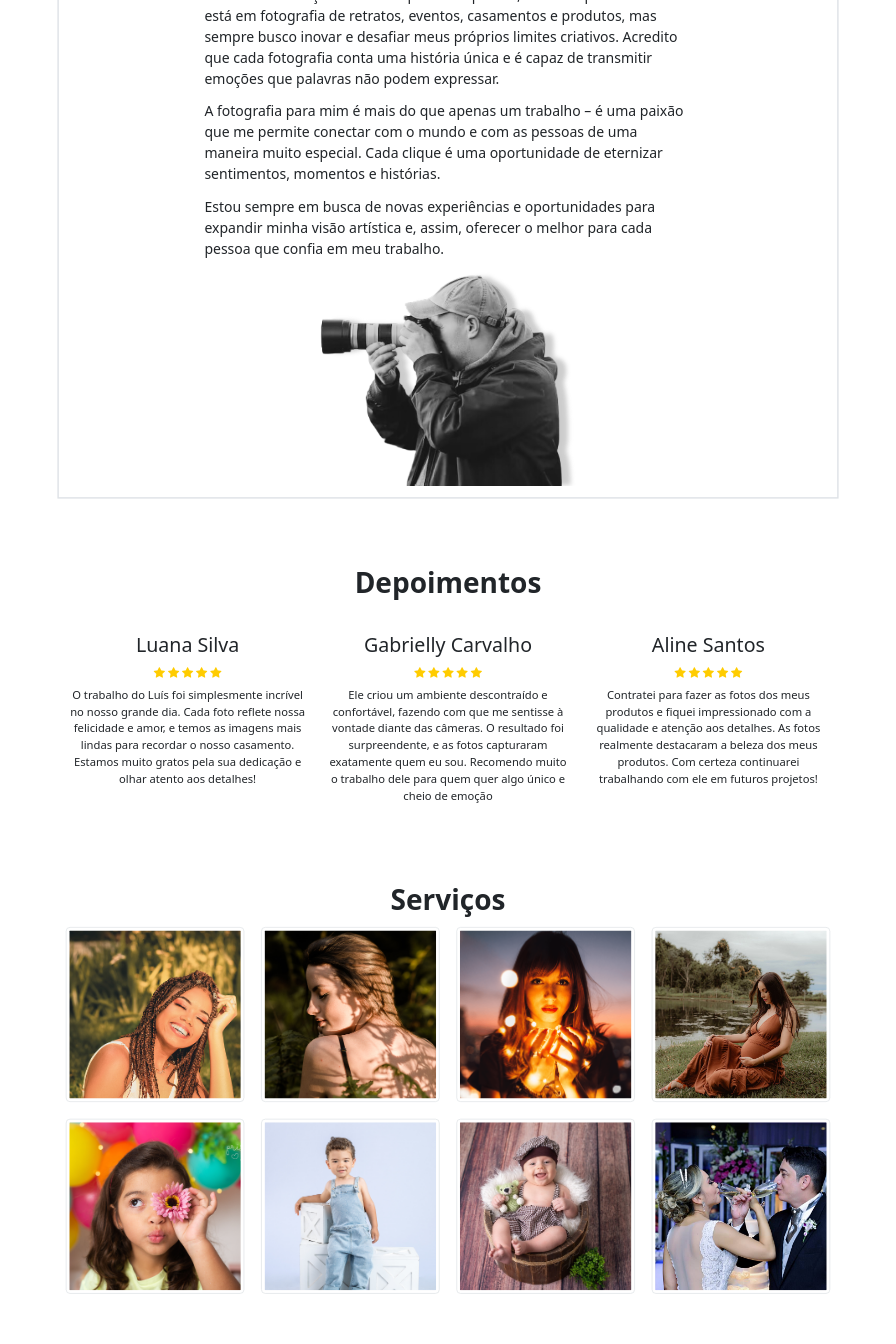
Repository: Marinalr-25/portifolio-fotografia
Page: index.html
The author's editor kept a copy of each file at every save. The page is drawn from the files as they stood at one save, then again after the next save.
The browser window is 1280 px wide. The pictures show the part of the page from y = 1616 to 3536 px (the page is 3536 px tall), at 70% of full size.
A picture or video elsewhere on the page could not be fetched, so the positions and the page height are approximate.

Above is the page before, as saved 2025-01-19 22:27:29.

### index.html
<!DOCTYPE html>
<html lang="pt-BR" data-bs-theme="dark">
  <head>
    <meta charset="utf-8" />
    <meta name="viewport" content="width=device-width, initial-scale=1" />
    <title>Portifolio Fotográfia</title>
    <link
      href="https://cdn.jsdelivr.net/npm/bootstrap@5.3.3/dist/css/bootstrap.min.css"
      rel="stylesheet"
      integrity="sha384-QWTKZyjpPEjISv5WaRU9OFeRpok6YctnYmDr5pNlyT2bRjXh0JMhjY6hW+ALEwIH"
      crossorigin="anonymous"
    />
    <!-- Bootstrap Icons -->
    <link
      href="https://cdn.jsdelivr.net/npm/bootstrap-icons/font/bootstrap-icons.css"
      rel="stylesheet"
    />
    <link rel="stylesheet" href="css/style.css" />
  </head>
  <body>
    <!-- Header -->
    <div class="container">
      <header
        class="d-flex flex-wrap justify-content-center py-3 mb-4 border-bottom fixed-top header header-light"
      >
        <a
          href="/"
          class="d-flex align-items-center mb-3 mb-md-0 me-md-auto link-body-emphasis text-decoration-none"
        >
          <svg
            xmlns="http://www.w3.org/2000/svg"
            width="40"
            height="32"
            class="d-block m-4 my-1 m"
            viewBox="0 0 118 94"
            role="img"
          >
            <title>Bootstrap</title>
            <path
              fill-rule="evenodd"
              clip-rule="evenodd"
              d="M24.509 0c-6.733 0-11.715 5.893-11.492 12.284.214 6.14-.064 14.092-2.066 20.577C8.943 39.365 5.547 43.485 0 44.014v5.972c5.547.529 8.943 4.649 10.951 11.153 2.002 6.485 2.28 14.437 2.066 20.577C12.794 88.106 17.776 94 24.51 94H93.5c6.733 0 11.714-5.893 11.491-12.284-.214-6.14.064-14.092 2.066-20.577 2.009-6.504 5.396-10.624 10.943-11.153v-5.972c-5.547-.529-8.934-4.649-10.943-11.153-2.002-6.484-2.28-14.437-2.066-20.577C105.214 5.894 100.233 0 93.5 0H24.508zM80 57.863C80 66.663 73.436 72 62.543 72H44a2 2 0 01-2-2V24a2 2 0 012-2h18.437c9.083 0 15.044 4.92 15.044 12.474 0 5.302-4.01 10.049-9.119 10.88v.277C75.317 46.394 80 51.21 80 57.863zM60.521 28.34H49.948v14.934h8.905c6.884 0 10.68-2.772 10.68-7.727 0-4.643-3.264-7.207-9.012-7.207zM49.948 49.2v16.458H60.91c7.167 0 10.964-2.876 10.964-8.281 0-5.406-3.903-8.178-11.425-8.178H49.948z"
              fill="currentColor"
            ></path>
          </svg>
          <span class="fs-4">Fotográfo Bootstrap</span>
        </a>

        <ul class="nav nav-pills">
          <li class="nav-item">
            <a href="#home" class="nav-link active" aria-current="page">Home</a>
          </li>
          <li class="nav-item">
            <a href="#galeria" class="nav-link">Galeria</a>
          </li>
          <li class="nav-item">
            <a href="#sobre" class="nav-link">Sobre mim</a>
          </li>
          <li class="nav-item">
            <a href="#clientes" class="nav-link">Depoimentos</a>
          </li>
          <li class="nav-item">
            <a href="#servicos" class="nav-link">Serviços</a>
          </li>
          <li class="nav-item">
            <a href="#contato" class="nav-link">Contato</a>
          </li>
          <button id="toggleThemeBtn" class="btn btn-light me-3">
            <i id="themeIcon" class="bi bi-brightness-high"></i>
          </button>
        </ul>
      </header>
    </div>

    <!-- Hero -->
    <div id="home" class="container col-xxl-8 px-4 py-5">
      <div class="row flex-lg-row-reverse align-items-center g-5 py-5">
        <div class="col-10 col-sm-8 col-lg-6">
          <img
            src="src/fotografiaHero.jpg"
            class="d-block mx-lg-auto img-thumbnail img-hero"
            alt="Bootstrap Themes"
            width="700"
            height="500"
            loading="lazy"
          />
        </div>
        <div class="col-lg-6">
          <h1 class="fw-bold text-body-emphasis lh-1 mb-3">
            Capturando Momentos, Criando Memórias
          </h1>
          <p class="lead">
            Com uma abordagem única e criativa, busco capturar a essência de
            cada cena e emoção. Meu trabalho é uma mistura de técnica, paixão e
            sensibilidade. Através da minha lente, tento criar imagens que falam
            por si mesmas.
          </p>
          <div class="d-grid gap-2 d-md-flex justify-content-md-start">
            <button type="button" class="btn btn-primary btn-lg px-4 me-md-2">
              Veja meu trabalho
            </button>
            <button type="button" class="btn btn-outline-secondary btn-lg px-4">
              Entre em Contato
            </button>
          </div>
        </div>
      </div>
    </div>

    <!-- Galeria -->
    <div id="galeria" class="container col-xxl-8 px-4 py-5 p-4 text-center">
      <h1 class="fw-bold mb-3">Galeria</h1>
      <div class="row g-3 mb-4">
        <div class="col-lg-4 col-12">
          <div class="card p-3 mb-2">
            <img
              src="src/casamento.webp"
              class="card-img-top"
              alt="ensaio fotografico de casamento"
            />
            <div class="card-body">
              <h5 class="card-title">Ensaio de Casamento</h5>
              <p class="card-text">
                Capturando cada momento especial e emoção do seu grande dia,
                criando memórias que durarão para sempre.
              </p>
            </div>
          </div>
        </div>
        <div class="col-lg-4 col-12">
          <div class="card p-3 mb-2">
            <img
              src="src/ensaiofotografico.jpeg"
              class="card-img-top"
              alt="ensaio fotografico de uma mulher"
            />
            <div class="card-body">
              <h5 class="card-title">Ensaio Fotográfico Feminino</h5>
              <p class="card-text">
                Explorando a beleza e a essência única em cada retrato, com um
                toque artístico e elegante.
              </p>
            </div>
          </div>
        </div>
        <div class="col-lg-4 col-12">
          <div class="card p-3 mb-2">
            <img
              src="src/maquiagem.jpg"
              class="card-img-top"
              alt="ensaio fotografico de produto (maquiagem)"
            />
            <div class="card-body">
              <h5 class="card-title">Fotografia de Produto - Maquiagem</h5>
              <p class="card-text">
                Realçando detalhes e cores vibrantes, perfeita para destacar a
                qualidade dos seus produtos de beleza.
              </p>
            </div>
          </div>
        </div>
      </div>
      <button type="button" class="btn btn-primary btn-lg px-4 me-md-2">
        Ver mais
      </button>
    </div>

    <!-- Sobre mim -->
    <div id="sobre" class="container px-4 py-5">
      <div class="row justify-content-center align-items-center">
        <h1 class="fw-bold mb-3 text-center">Sobre Mim</h1>
        <div
          class="row p-3 border border-2 d-flex justify-content-center align-items-center"
        >
          <div class="col-lg-8 pe-3">
            <p class="lead">
              Olá! Meu nome é Luís, sou fotógrafo apaixonado por capturar a
              beleza do mundo e das pessoas através da minha lente. Desde jovem,
              sempre tive uma afinidade pela arte visual, o que me levou a
              explorar a fotografia como uma forma de expressão.
            </p>
            <p class="lead">
              Com uma formação sólida e experiência prática, minha especialidade
              está em fotografia de retratos, eventos, casamentos e produtos,
              mas sempre busco inovar e desafiar meus próprios limites
              criativos. Acredito que cada fotografia conta uma história única e
              é capaz de transmitir emoções que palavras não podem expressar.
            </p>
            <p class="lead">
              A fotografia para mim é mais do que apenas um trabalho – é uma
              paixão que me permite conectar com o mundo e com as pessoas de uma
              maneira muito especial. Cada clique é uma oportunidade de
              eternizar sentimentos, momentos e histórias.
            </p>
            <p class="lead">
              Estou sempre em busca de novas experiências e oportunidades para
              expandir minha visão artística e, assim, oferecer o melhor para
              cada pessoa que confia em meu trabalho.
            </p>
          </div>
          <div class="fotografo"></div>
        </div>
      </div>
    </div>

    <!-- Clientes -->
    <div id="clientes" class="container col-xxl-8 px-4 py-5">
      <div class="col mx-auto">
        <h1 class="fw-bold text-center mb-5">Depoimentos</h1>
        <div class="row">
          <div class="col-lg-4 text-center">
            <h3>Luana Silva</h3>
            <div class="mb-2">
              <i class="bi bi-star-fill estrela"></i>
              <i class="bi bi-star-fill estrela"></i>
              <i class="bi bi-star-fill estrela"></i>
              <i class="bi bi-star-fill estrela"></i>
              <i class="bi bi-star-fill estrela"></i>
            </div>

            <p>
              O trabalho do Luís foi simplesmente incrível no nosso grande dia.
              Cada foto reflete nossa felicidade e amor, e temos as imagens mais
              lindas para recordar o nosso casamento. Estamos muito gratos pela
              sua dedicação e olhar atento aos detalhes!
            </p>
          </div>
          <div class="col-lg-4 text-center">
            <h3>Gabrielly Carvalho</h3>
            <div class="mb-2">
              <i class="bi bi-star-fill estrela"></i>
              <i class="bi bi-star-fill estrela"></i>
              <i class="bi bi-star-fill estrela"></i>
              <i class="bi bi-star-fill estrela"></i>
              <i class="bi bi-star-fill estrela"></i>
            </div>
            <p>
              Ele criou um ambiente descontraído e confortável, fazendo com que
              me sentisse à vontade diante das câmeras. O resultado foi
              surpreendente, e as fotos capturaram exatamente quem eu sou.
              Recomendo muito o trabalho dele para quem quer algo único e cheio
              de emoção
            </p>
          </div>
          <div class="col-lg-4 text-center">
            <h3>Aline Santos</h3>
            <div class="mb-2">
              <i class="bi bi-star-fill estrela"></i>
              <i class="bi bi-star-fill estrela"></i>
              <i class="bi bi-star-fill estrela"></i>
              <i class="bi bi-star-fill estrela"></i>
              <i class="bi bi-star-fill estrela"></i>
            </div>
            <p>
              Contratei para fazer as fotos dos meus produtos e fiquei
              impressionado com a qualidade e atenção aos detalhes. As fotos
              realmente destacaram a beleza dos meus produtos. Com certeza
              continuarei trabalhando com ele em futuros projetos!
            </p>
          </div>
        </div>
      </div>
    </div>

    <!-- Serviços -->
    <div id="servicos" class="container text-center col-xxl-8 px-4 py-5">
      <h1 class="fw-bold mb-3">Serviços</h1>
      <div class="row">
        <div class="col-sm-6 col-md-4 col-lg-3 text-center mb-4">
          <img
            class="ensaio object-fit-cover img-thumbnail"
            src="src/galeria-ensaio1.jpg"
            alt="ensaio 1"
          />
        </div>
        <div class="caixa col-sm-6 col-md-4 col-lg-3 mb-4">
          <img
            class="ensaio object-fit-cover img-thumbnail"
            src="src/galeria-ensaio2.jpg"
            alt="ensaio 1"
          />
        </div>
        <div class="col-sm-6 col-md-4 col-lg-3 mb-4">
          <img
            class="ensaio object-fit-cover border rounded img-thumbnail"
            src="src/galeria-ensaio3.jpg"
            alt="ensaio 1"
          />
        </div>
        <div class="col-sm-6 col-md-4 col-lg-3 mb-4">
          <img
            class="ensaio object-fit-cover img-thumbnail"
            src="src/galeria-ensaio4.jpg"
            alt="ensaio 1"
          />
        </div>
        <div class="col-sm-6 col-md-4 col-lg-3 mb-4">
          <img
            class="ensaio object-fit-cover img-thumbnail"
            src="src/galeria-ensaio5.jpg"
            alt="ensaio 1"
          />
        </div>
        <div class="col-sm-6 col-md-4 col-lg-3 mb-4">
          <img
            class="ensaio menino object-fit-cover img-thumbnail"
            src="src/galeria-ensaio6.jpg"
            alt="ensaio 1"
          />
        </div>
        <div class="col-sm-6 col-md-4 col-lg-3 mb-4">
          <img
            class="ensaio object-fit-cover img-thumbnail"
            src="src/galeria-ensaio7.jpg"
            alt="ensaio 1"
          />
        </div>
        <div class="col-sm-6 col-md-4 col-lg-3 mb-4">
          <img
            class="ensaio object-fit-cover img-thumbnail"
            src="src/galeria-ensaio8.jpeg"
            alt="ensaio 1"
          />
        </div>
      </div>
    </div>

    <script
      src="https://cdn.jsdelivr.net/npm/@popperjs/core@2.11.8/dist/umd/popper.min.js"
      integrity="sha384-I7E8VVD/ismYTF4hNIPjVp/Zjvgyol6VFvRkX/vR+Vc4jQkC+hVqc2pM8ODewa9r"
      crossorigin="anonymous"
    ></script>
    <script
      src="https://cdn.jsdelivr.net/npm/bootstrap@5.3.3/dist/js/bootstrap.min.js"
      integrity="sha384-0pUGZvbkm6XF6gxjEnlmuGrJXVbNuzT9qBBavbLwCsOGabYfZo0T0to5eqruptLy"
      crossorigin="anonymous"
    ></script>
    <script src="js/script.js"></script>
  </body>
</html>

### css/style.css
/* Style Bootstrap */

.bd-placeholder-img {
  font-size: 1.125rem;
  text-anchor: middle;
  -webkit-user-select: none;
  -moz-user-select: none;
  user-select: none;
}

@media (min-width: 768px) {
  .bd-placeholder-img-lg {
    font-size: 3.5rem;
  }
}

.b-example-divider {
  width: 100%;
  height: 3rem;
  background-color: rgba(0, 0, 0, 0.1);
  border: solid rgba(0, 0, 0, 0.15);
  border-width: 1px 0;
  box-shadow: inset 0 0.5em 1.5em rgba(0, 0, 0, 0.1),
    inset 0 0.125em 0.5em rgba(0, 0, 0, 0.15);
}

.b-example-vr {
  flex-shrink: 0;
  width: 1.5rem;
  height: 100vh;
}

.bi {
  vertical-align: -0.125em;
  fill: currentColor;
}

.nav-scroller {
  position: relative;
  z-index: 2;
  height: 2.75rem;
  overflow-y: hidden;
}

.nav-scroller .nav {
  display: flex;
  flex-wrap: nowrap;
  padding-bottom: 1rem;
  margin-top: -1px;
  overflow-x: auto;
  text-align: center;
  white-space: nowrap;
  -webkit-overflow-scrolling: touch;
}

.btn-bd-primary {
  --bd-violet-bg: #712cf9;
  --bd-violet-rgb: 112.520718, 44.062154, 249.437846;

  --bs-btn-font-weight: 600;
  --bs-btn-color: var(--bs-white);
  --bs-btn-bg: var(--bd-violet-bg);
  --bs-btn-border-color: var(--bd-violet-bg);
  --bs-btn-hover-color: var(--bs-white);
  --bs-btn-hover-bg: #6528e0;
  --bs-btn-hover-border-color: #6528e0;
  --bs-btn-focus-shadow-rgb: var(--bd-violet-rgb);
  --bs-btn-active-color: var(--bs-btn-hover-color);
  --bs-btn-active-bg: #5a23c8;
  --bs-btn-active-border-color: #5a23c8;
}

.bd-mode-toggle {
  z-index: 1500;
}

.bd-mode-toggle .dropdown-menu .active .bi {
  display: block !important;
}

/* CSS próprio */
#galeria,
#sobre,
#clientes {
  scroll-margin-top: 50px;
}
/* Header */
.header-light {
  background-color: #fff;
  color: #000;
}

.header-dark {
  background-color: #212529;
  color: #fff;
}

/* Hero */
.img-hero {
  width: 1000px;
}

/* Galeria */
.card-img-top {
  width: 100%;
  height: 300px;
  object-fit: cover;
}

.card {
  height: 502px;
}

/* sobre mim */
.fotografo {
  background-image: url(/src/fotografosombracortada.png);
  background-position: center;
  background-repeat: no-repeat;
  background-size: contain;
  width: 364px;
  height: 308px;
}

/* Clientes */
.estrela {
  color: #ffcc00;
}

/* Servicos */
.ensaio {
  width: 100%;
  height: 250px;
}

### js/script.js
const toggleThemeBtn = document.getElementById('toggleThemeBtn');
const themeIcon = document.getElementById('themeIcon');
const header = document.querySelector('.header');
const body = document.body;

// Função para definir o ícone, tema e a classe do botão ao carregar a página
function setInitialTheme() {
  if (body.getAttribute('data-bs-theme') === 'dark') {
    themeIcon.classList.remove('bi-brightness-high');
    themeIcon.classList.add('bi-moon-stars-fill');
    toggleThemeBtn.classList.remove('btn-light');
    toggleThemeBtn.classList.add('btn-dark');
  } else {
    body.setAttribute('data-bs-theme', 'light');
    themeIcon.classList.remove('bi-moon-stars-fill');
    themeIcon.classList.add('bi-brightness-high');
    toggleThemeBtn.classList.remove('btn-dark');
    toggleThemeBtn.classList.add('btn-light');
  }
}

// Definir o tema inicial ao carregar
setInitialTheme();

toggleThemeBtn.addEventListener('click', () => {
  if (body.getAttribute('data-bs-theme') === 'dark') {
    body.setAttribute('data-bs-theme', 'light');
    themeIcon.classList.remove('bi-moon-stars-fill');
    themeIcon.classList.add('bi-brightness-high');
    header.classList.remove('header-dark');
    header.classList.add('header-light');
    toggleThemeBtn.classList.remove('btn-dark');
    toggleThemeBtn.classList.add('btn-light');
  } else {
    body.setAttribute('data-bs-theme', 'dark');
    themeIcon.classList.remove('bi-brightness-high');
    themeIcon.classList.add('bi-moon-stars-fill');
    header.classList.remove('header-light');
    header.classList.add('header-dark');
    toggleThemeBtn.classList.remove('btn-light');
    toggleThemeBtn.classList.add('btn-dark');
  }
});

After the next save:
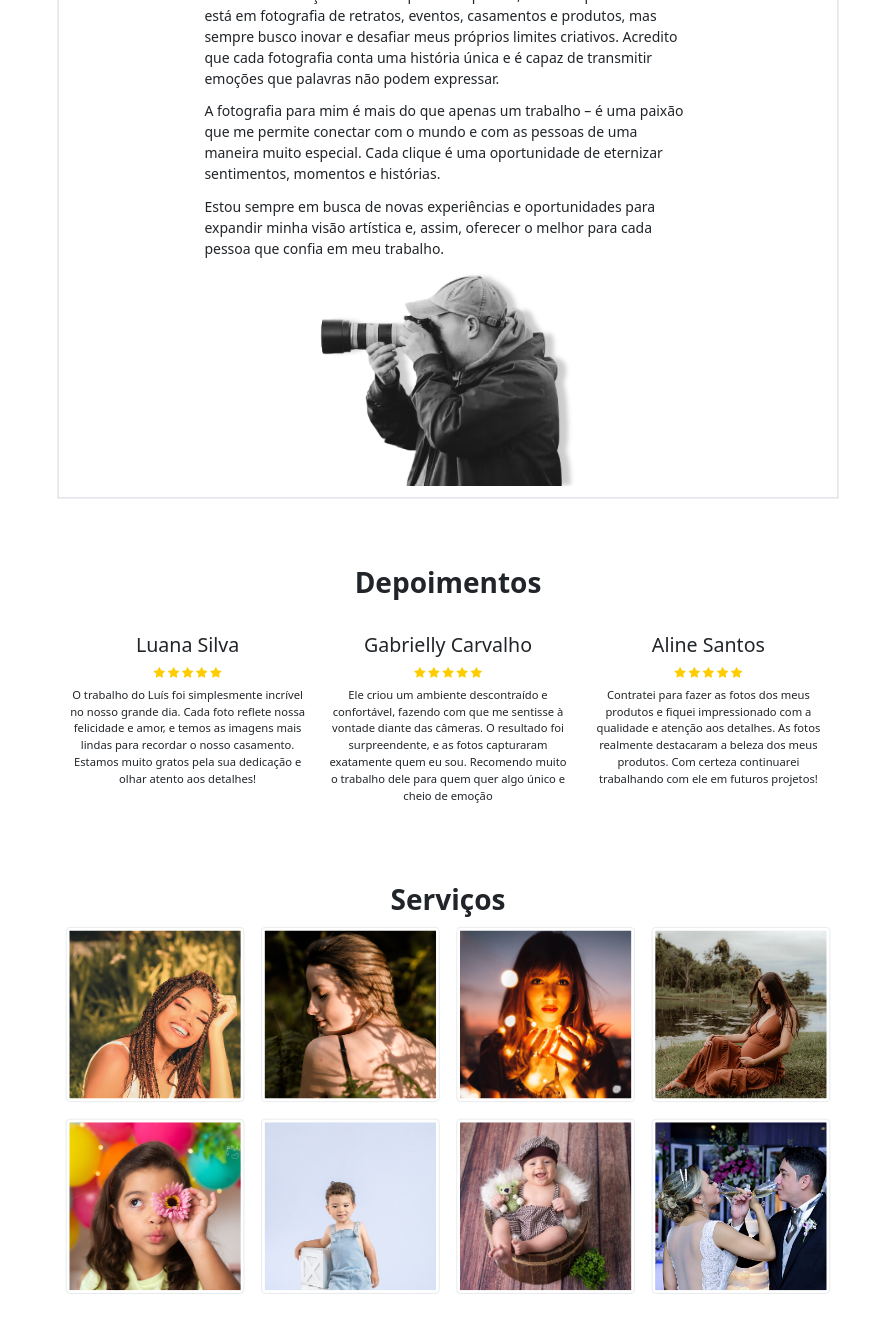
Saved 20 s later.
--- a/css/style.css
+++ b/css/style.css
@@ -131,3 +131,7 @@
   width: 100%;
   height: 250px;
 }
+
+.menino {
+  object-position: top;
+}

After the save that followed:
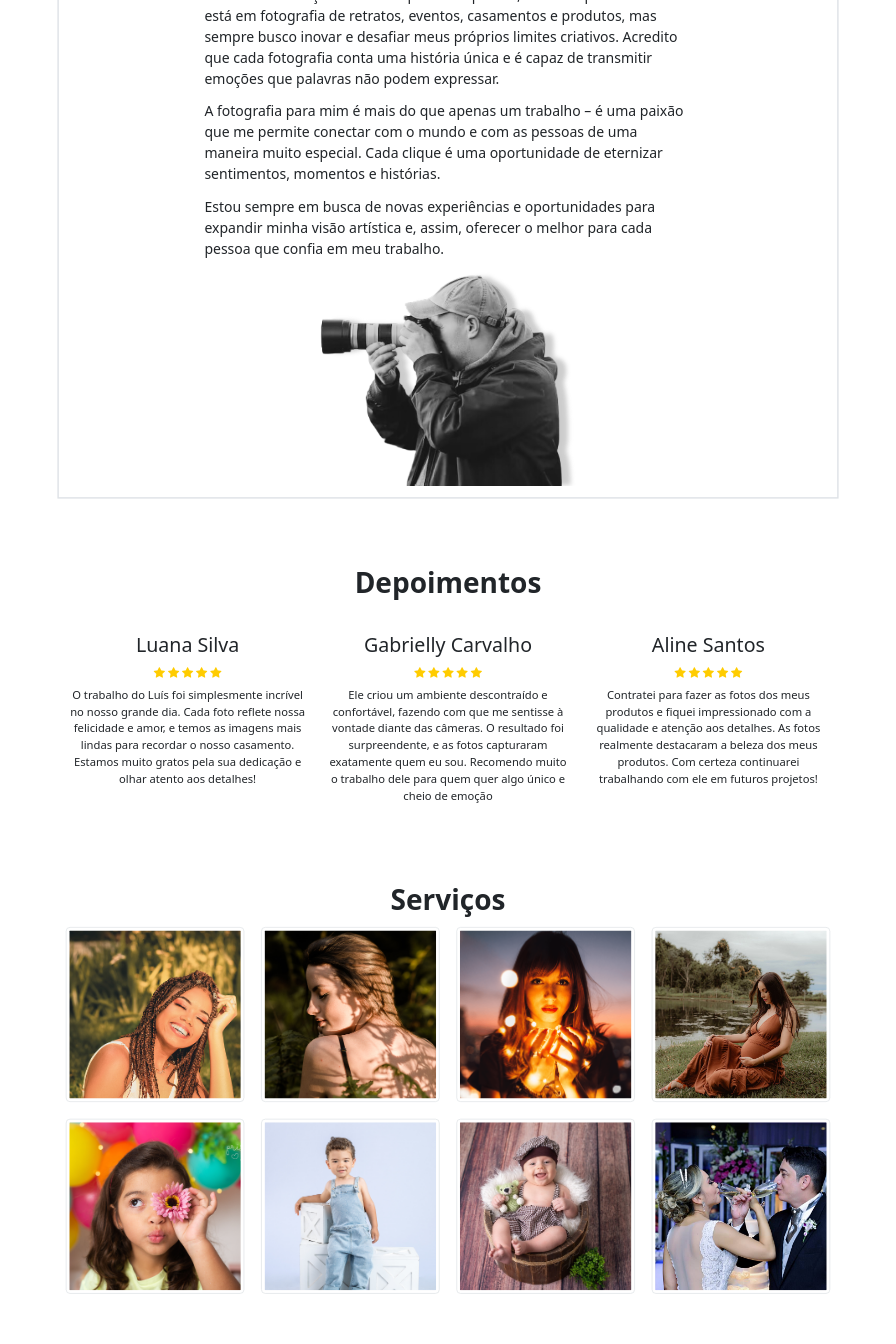
Saved 8 s later.
--- a/css/style.css
+++ b/css/style.css
@@ -133,5 +133,5 @@
 }
 
 .menino {
-  object-position: top;
+  object-position: center;
 }
